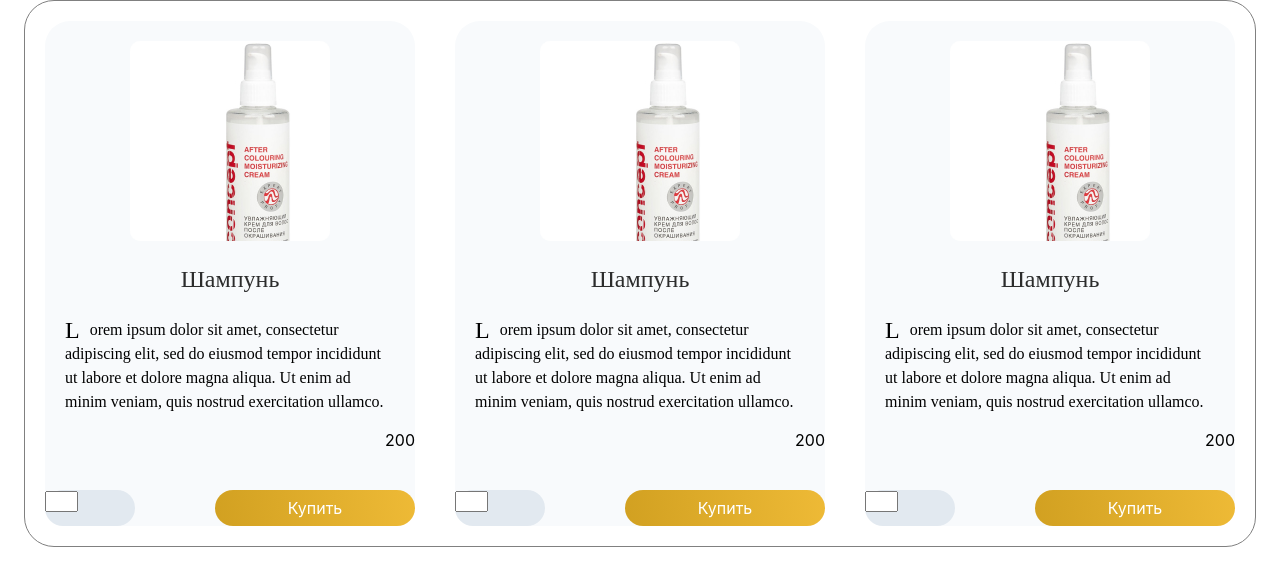
Repository: MiroslavWise/shamptu
Page: /
These files come from the project's save history. The page is drawn as it stood at one moment and after the next save; the edit follows.
The browser window is 1280 px wide. The pictures show the whole page.
The project was rebuilt for these pictures with package versions that can differ from the ones it lists, and the page was loaded fresh each time. Also part of the build but not shown: src/App.css.

Above is the page before, as saved 2022-02-17 15:16:39.

After the next save:
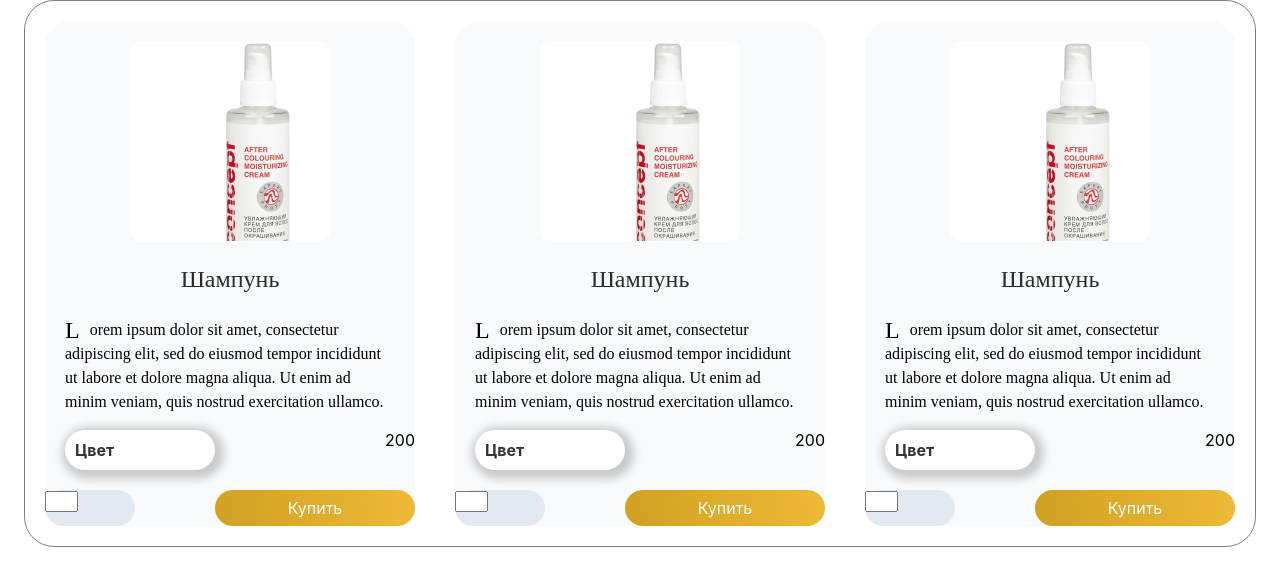
Saved 11 s later.
--- a/src/components/items/style.css
+++ b/src/components/items/style.css
@@ -157,7 +157,6 @@
     justify-content: space-between;
     margin-bottom: 20px;
     cursor: pointer;
-    opacity: 0;
 }
 
 .dropdown-content{
